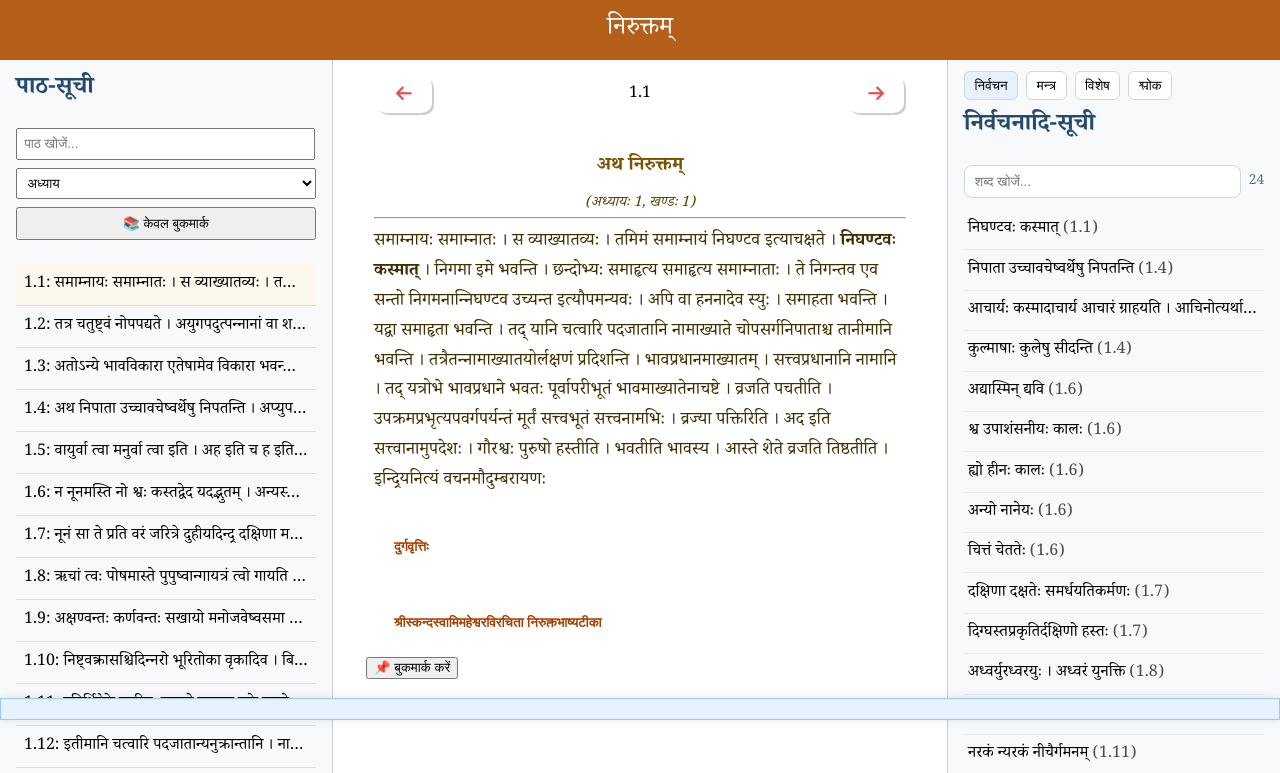
Repository: sanskritsphere/Niruktam
Page: index.html
An editor plug-in stored every save of this project. The page is shown before and after the next save, followed by the edit.
The browser window is 1280 px wide. The pictures show the whole page.
Some web fonts or font styles are not loaded; a fallback is used.

Above is the page before, as saved 2025-12-04 09:41:23.

### index.html
<!DOCTYPE html>
<html lang="sa">
<head>
  <meta charset="UTF-8">
  <meta name="viewport" content="width=device-width, initial-scale=1.0">
  <title>निरुक्तम्(1.1)</title>
  <link rel="stylesheet" type="text/css" href="style.css">
  <link rel="stylesheet" href="https://cdnjs.cloudflare.com/ajax/libs/font-awesome/6.5.0/css/all.min.css">
  <link href="https://fonts.googleapis.com/css2?family=Noto+Serif+Devanagari&family=Mukta&family=Tiro+Devanagari+Sanskrit&display=swap" rel="stylesheet">
  </head>
<body>
  <div class="loader" id="loader"></div>
  <div id="header">
    <span>निरुक्तम्</span>
  </div>
  <button class="menu-toggle" onclick="toggleSidebar()">☰</button>

  <aside id="sidebar">
    <h2>पाठ-सूची</h2>
    <input id="searchInput" oninput="leftSearch()" type="text" placeholder="पाठ खोजें...">
    <select id="filterAdhyay" name="selector"><option value=""></option></select>
    <button id="filterBookmarked">📚 केवल बुकमार्क</button>
       <ul id="sutraList"></ul>
  </aside>


  <div id="tipsBox"></div>
  <main onclick="toggleSidebar(true)">
    <div id="sutraContent"></div>
  </main>

   <aside id="markSidebar">
  <h2>निर्वचनादि-सूची</h2>

  <div class="markSearch">
    <input id="markSearchInput" type="search" placeholder="शब्द खोजें..." />
    <span id="markSearchCount"></span>
  </div>

  <ul id="markList"></ul>
</aside>


 <script src="script.js" defer></script>
</body>
</html>

### script.js
// =============== STATE ===============
let data = [];
let currentIndex = 0;
let listElements = [];

const TAGS = [
  { key: 'b', label: 'निर्वचन' },  // b(.*?)b
  { key: 'm', label: 'मन्त्र' },   // m(.*?)m
  { key: 'v', label: 'विशेष' },
  { key: 's', label: 'श्लोक'}     // v(.*?)v
];

const termsByTag = {};               // { b:[], m:[], v:[] }
TAGS.forEach(t => termsByTag[t.key] = []);

const bookmarked = new Set();
const doubts = JSON.parse(localStorage.getItem('doubts') || '[]');

const markState = { query: "", activeTag: 'b' };  // right sidebar
const leftSearchState = { q: "" };                // left sidebar search

// सिर्फ left-labels के लिए b...b unwrap (list label generate करते समय)
const MARK_RE_B = /b(.*?)b/g;


// =============== HELPERS ===============
function normalizeNFC(s){ return (s || "").normalize("NFC"); }

function escapeHTML(s=""){
  return s.replace(/[&<>"']/g, c => ({
    '&':'&amp;','<':'&lt;','>':'&gt;','"':'&quot;',"'":'&#39;'
  }[c]));
}

function highlightLabel(label="", q=""){
  label = normalizeNFC(label);
  q = normalizeNFC(q);
  const safe = escapeHTML(label);
  if(!q) return safe;
  const re = new RegExp(q.replace(/[.*+?^${}()|[\]\\]/g, '\\$&'), 'gi');
  return safe.replace(re, m => `<span class="mark">${m}</span>`);
}

function debounce(fn, wait = 200){
  let t;
  return (...args) => { clearTimeout(t); t = setTimeout(() => fn(...args), wait); };
}

function highlightDoubts(text, doubtTexts) {
  if (!text) return '';
  let out = text;
  doubtTexts.forEach(doubt => {
    const q = normalizeNFC(doubt);
    if (!q) return;
    const re = new RegExp(`(${q.replace(/[.*+?^${}()|[\]\\]/g, '\\$&')})`, 'g');
    out = out.replace(re, '<span class="doubt-highlight">$1</span>');
  });
  return out;
}

/* ========= main content temporary highlight after click ========= */
function flashSearchInMain(query, duration = 1600){
  query = (query || "").trim();
  if (!query) return;
  const container = document.getElementById('sutraContent');
  if (!container) return;

  const qN = normalizeNFC(query).toLowerCase();

  // remove previous flashes
  container.querySelectorAll('.main-flash').forEach(span => {
    const text = document.createTextNode(span.textContent);
    const p = span.parentNode;
    if (p) p.replaceChild(text, span);
  });

  // walk text nodes and wrap matches
  const walker = document.createTreeWalker(container, NodeFilter.SHOW_TEXT, null);
  let node, firstSpan = null;

  const wrapMatchesInNode = (textNode) => {
    const original = textNode.nodeValue;
    const origN = normalizeNFC(original);
    const hay = origN.toLowerCase();

    let start = 0, idx = hay.indexOf(qN, start);
    if (idx === -1) return;

    const parent = textNode.parentNode;
    const frag = document.createDocumentFragment();
    let pos = 0;

    while (idx !== -1) {
      const absStart = idx;
      const absEnd = idx + qN.length;

      const before = original.slice(pos, absStart);
      const match  = original.slice(absStart, absEnd);

      if (before) frag.appendChild(document.createTextNode(before));

      const span = document.createElement('span');
      span.className = 'main-flash';
      span.textContent = match;
      frag.appendChild(span);
      if (!firstSpan) firstSpan = span;

      pos = absEnd;
      start = absEnd;
      idx = hay.indexOf(qN, start);
    }
    const after = original.slice(pos);
    if (after) frag.appendChild(document.createTextNode(after));

    parent.replaceChild(frag, textNode);
  };

  while ((node = walker.nextNode())) {
    if (!node.parentElement) continue;
    const tag = node.parentElement.tagName;
    if (tag === 'SCRIPT' || tag === 'STYLE') continue;
    wrapMatchesInNode(node);
  }

  if (firstSpan) {
    firstSpan.scrollIntoView({ behavior: 'smooth', block: 'center' });
  }

  setTimeout(() => {
    container.querySelectorAll('.main-flash').forEach(span => {
      const text = document.createTextNode(span.textContent);
      const p = span.parentNode;
      if (p) p.replaceChild(text, span);
    });
  }, duration);
}
/* ========= /flash ========= */

/* ========= SINGLE-PASS tag collector: b/m/v/... =========
   किसी एक replace से सारे tags पकड़ो ताकि HTML inject होने के बाद regex न बिगड़े  */
function processAllTags(str, sutraIdx, field){
  let src = str || '';
  if (!src) return { html: '' };

  const keys = TAGS.map(t => t.key);                   // ['b','m','v',...]
  const re = new RegExp(`(${keys.join("|")})([\\s\\S]*?)\\1`, "g"); // (b|m|v) ... \1

  const counters = Object.fromEntries(keys.map(k => [k, 0]));

  const html = src.replace(re, (m, tagKey, inner) => {
    const i = counters[tagKey]++;
    const id = `mark-${tagKey}-${sutraIdx}-${field}-${i}`;
    const label = (inner || '').trim();

    // collect strictly into active tag bucket
    termsByTag[tagKey].push({ id, label, sutraIdx, field, tag: tagKey });

    // visible anchor (escape to avoid leaking tags)
    return `<span class="mark-anchor tag-${tagKey}" id="${id}"><b>${escapeHTML(label)}</b></span>`;
  });

  return { html };
}


// =============== RENDER: MAIN PANEL ===============
function renderSutra(index) {
  const sutra = data[index];
  if (!sutra) return;

  const doubtTexts = doubts.filter(d => d.index === sutra.index).map(d => d.text);
  const container = document.getElementById('sutraContent');
  if (!container) return;

  container.innerHTML = `
    <div class="sutra">
      <div class="sutra-btn">
        <button onclick="navigate(-1)"><i class="fas fa-arrow-left"></i></button>
        <p>${sutra.index}</p>
        <button onclick="navigate(1)"><i class="fas fa-arrow-right"></i></button>
      </div>

      <div class="section"><strong>अथ निरुक्तम्</strong>
        <div class="meta">(अध्यायः ${sutra.adhyay}, खण्डः ${sutra.khand})</div><hr>
        ${highlightDoubts(sutra.text, doubtTexts)}
      </div>

      <div class="section">
        <button class="toggle-btn" onclick="toggleExclusive('durg')">दुर्गवृत्तिः</button>
        <div id="durg" class="toggle-content"><hr>${highlightDoubts(sutra.durg, doubtTexts)}</div>
      </div>
      <div class="section">
        <button class="toggle-btn" onclick="toggleExclusive('skand')">श्रीस्कन्दस्वामिमहेश्वरविरचिता निरुक्तभाष्यटीका</button>
        <div id="skand" class="toggle-content"><hr>${highlightDoubts(sutra.skand, doubtTexts)}</div>
      </div>
      <button class="add-remove-bookmark" onclick="toggleBookmark(${index})">
        ${bookmarked.has(index) ? '🔖 बुकमार्क हटाएं' : '📌 बुकमार्क करें'}
      </button>
      <br><br><br><br>
    </div>
  `;

  listElements.forEach((el, i) => {
    el.classList.toggle('active', i === index);
    if (i === index) document.title = `นिरुक्त_(${sutra.index})`;
  });
}


// =============== LEFT LIST (always from plain) ===============
function populateSidebar() {
  const ul = document.getElementById('sutraList');
  if (!ul) return;

  ul.innerHTML = '';
  listElements = [];

  data.forEach((sutra, index) => {
    const base = `${sutra.index}: ${sutra.text_plain || ""}`.trim();
    const title = base;
    const label = base;

    const li = document.createElement('li');
    li.textContent = label;          // plain
    li.title = title;
    li.dataset.baseLabel = label;    // restore के लिए

    li.onclick = (e) => {
      e.stopPropagation();
      currentIndex = index;
      renderSutra(index);
      if (leftSearchState.q && leftSearchState.q.trim()) {
        setTimeout(() => flashSearchInMain(leftSearchState.q), 60);
      }
      toggleSidebar(true);
    };

    listElements.push(li);
    ul.appendChild(li);
  });
}

// master renderer: left search + adhyay + bookmark
function applyFilters() {
  const ul = document.getElementById('sutraList');
  if (!ul) return;

  const adhyayEl = document.getElementById('filterAdhyay');
  const bookmarkedBtn = document.getElementById('filterBookmarked');

  const adhyay = adhyayEl ? adhyayEl.value : "";
  const showBookmarked = bookmarkedBtn ? bookmarkedBtn.classList.contains('active') : false;

  const q = normalizeNFC((leftSearchState.q || "").toLowerCase());

  ul.innerHTML = '';

  listElements.forEach((li, i) => {
    const s = data[i];
    const passAdhyay   = (!adhyay || s.adhyay == adhyay);
    const passBookmark = (!showBookmarked || bookmarked.has(i));
    const passSearch   = (!q || (s._search || "").includes(q));

    if (passAdhyay && passBookmark && passSearch) {
      ul.appendChild(li);
    }
  });
}


// =============== RIGHT SIDEBAR (tabs + list) ===============
function buildMarkTabs(){
  const sidebar = document.getElementById('markSidebar');
  if (!sidebar) return;

  let tabs = document.getElementById('markTabs');
  if (!tabs){
    tabs = document.createElement('div');
    tabs.id = 'markTabs';
    tabs.style.display = 'flex';
    tabs.style.gap = '.5rem';
    tabs.style.marginBottom = '.5rem';
    tabs.style.flexWrap = 'wrap';
    const h2 = sidebar.querySelector('h2');
    if (h2 && h2.parentNode) h2.parentNode.insertBefore(tabs, h2);
    else sidebar.insertBefore(tabs, sidebar.firstChild);
  }

  tabs.innerHTML = '';
  TAGS.forEach(tag => {
    const btn = document.createElement('button');
    btn.className = 'mark-tab-btn';
    btn.textContent = tag.label;
    btn.dataset.tag = tag.key;
    btn.style.padding = '.35rem .6rem';
    btn.style.border = '1px solid #cfd6de';
    btn.style.borderRadius = '6px';
    btn.style.background = (markState.activeTag === tag.key) ? '#e8f0fe' : '#fff';
    btn.style.cursor = 'pointer';
    btn.setAttribute('aria-selected', markState.activeTag === tag.key ? 'true' : 'false');
    btn.onclick = () => {
      markState.activeTag = tag.key;
      buildMarkTabs();     // active style refresh
      renderMarkSidebar(); // list refresh
    };
    tabs.appendChild(btn);
  });
}

function renderMarkSidebar() {
  const ul = document.getElementById('markList');
  const countEl = document.getElementById('markSearchCount');
  if (!ul) return;

  const active = markState.activeTag || 'b';
  const source = termsByTag[active] || [];

  const q = normalizeNFC((markState.query || "").toLowerCase().trim());
  const filtered = q
    ? source.filter(t => normalizeNFC(t.label).toLowerCase().includes(q))
    : source;

  ul.innerHTML = '';

  filtered.forEach((t) => {
    const li = document.createElement('li');
    const idx = data[t.sutraIdx]?.index || '';
    li.innerHTML = `${highlightLabel(t.label, q)} <span style="opacity:.7">(${idx})</span>`;
    li.title = `${t.label} — सूक्त ${idx}`;
    li.onclick = (e) => {
      e.stopPropagation();
      currentIndex = t.sutraIdx;
      renderSutra(currentIndex);
      if (markState.query && markState.query.trim()) {
        setTimeout(() => flashSearchInMain(markState.query), 60);
      }
      setTimeout(() => {
        const el = document.getElementById(t.id);
        if (el) {
          el.classList.add('flash');
          el.scrollIntoView({ behavior: 'smooth', block: 'center' });
          setTimeout(() => el.classList.remove('flash'), 1500);
        }
      }, 50);
    };
    ul.appendChild(li);
  });

  if (countEl) countEl.textContent = String(filtered.length || 0);
}


// =============== FILTERS / NAV / TOGGLES ===============
function updateFilters() {
  const adhyaySet = new Set();
  data.forEach(s => adhyaySet.add(s.adhyay));
  const sel = document.getElementById('filterAdhyay');
  if (!sel) return;
  sel.innerHTML = '<option value="">अध्याय</option>' + [...adhyaySet].map(a => `<option>${a}</option>`).join('');
}

function navigate(offset) {
  const newIndex = currentIndex + offset;
  if (newIndex >= 0 && newIndex < data.length) {
    currentIndex = newIndex;
    renderSutra(currentIndex);
  }
}

function toggleBookmark(index) {
  bookmarked.has(index) ? bookmarked.delete(index) : bookmarked.add(index);
  renderSutra(index);
  applyFilters();
}

function toggleSidebar(forceClose = null) {
  const aside = document.getElementById('sidebar');
  if (!aside) return;
  if (forceClose === true) aside.classList.remove('open');
  else if (forceClose === false) aside.classList.add('open');
  else aside.classList.toggle('open');
}

function toggleExclusive(idToShow) {
  ['durg', 'skand'].forEach(id => {
    const el = document.getElementById(id);
    if (!el) return;
    el.style.display = id === idToShow && el.style.display !== 'block' ? 'block' : 'none';
  });
}


// =============== UI WIRING (bind after DOMContentLoaded) ===============
function wireUI(){

  // LEFT sidebar search input (always from plain dataset)
  const input = document.getElementById("searchInput");
  if (input){
    input.addEventListener('input', function() {
      leftSearchState.q = input.value || "";

      const filter = input.value.normalize("NFC").toUpperCase();
      const ul = document.getElementById("sutraList");
      const li = ul.getElementsByTagName("li");

      for (let i = 0; i < li.length; i++) {
        const base = (li[i].dataset.baseLabel || li[i].textContent || "").normalize("NFC");
        const idx = base.toUpperCase().indexOf(filter);

        if (idx > -1) {
          li[i].style.display = "";
          const before = base.slice(0, idx);
          const middle = base.slice(idx, idx + filter.length);
          const after  = base.slice(idx + filter.length);
          li[i].innerHTML = `${before}<span class="chihnit">${middle}</span>${after}`;
        } else {
          li[i].style.display = "none";
          li[i].textContent = base; // restore plain
        }
      }
    });
  }

  // Filters wiring
  const adhyaySelect = document.getElementById('filterAdhyay');
  if (adhyaySelect) adhyaySelect.onchange = applyFilters;

  const bookmarkedBtnEl = document.getElementById('filterBookmarked');
  if (bookmarkedBtnEl){
    bookmarkedBtnEl.onclick = function () {
      this.classList.toggle('active');
      applyFilters();
    };
  }

  // RIGHT sidebar search input
  const markSearchInput = document.getElementById('markSearchInput');
  if (markSearchInput){
    markState.query = ""; // init
    markSearchInput.addEventListener('input', debounce(e => {
      markState.query = e.target.value || "";
      renderMarkSidebar();
    }, 150));
  }

  // Build right tabs initially
  buildMarkTabs();
}


// =============== FETCH + PROCESS ===============
document.addEventListener('DOMContentLoaded', () => {
  wireUI();  // DOM ready

  fetch("data.json")
    .then(res => res.json())
    .then(json => {
      // reset buckets each load
      TAGS.forEach(t => { termsByTag[t.key] = []; });

      data = json.niruktam.map((item, i) => {
        // Plain versions for LEFT labels/search (strip all tags + unwrap b/m/v)
        const rawText  = item.text  || "";
        const rawDurg  = item.durg  || "";
        const rawSkand = item.skand || "";

        const stripAll = s => (s || "")
          .replace(/<[^>]*>/g, "")
          .replace(/b(.*?)b/g, (_, p1)=> (p1||"").trim())
          .replace(/m(.*?)m/g, (_, p1)=> (p1||"").trim())
          .replace(/v(.*?)v/g, (_, p1)=> (p1||"").trim());

        const text_plain  = stripAll(rawText);
        const durg_plain  = stripAll(rawDurg);
        const skand_plain = stripAll(rawSkand);

        // Left search key from plain text
        const searchKey = normalizeNFC((item.index + ': ' + text_plain)).toLowerCase();

        // Main HTML with anchors for ALL configured tags (single-pass)
        const pText  = processAllTags(item.text,  i, 'text');
        const pDurg  = processAllTags(item.durg,  i, 'durg');
        const pSkand = processAllTags(item.skand, i, 'skand');

        return {
          ...item,
          text:  pText.html,
          durg:  pDurg.html,
          skand: pSkand.html,
          text_plain,
          durg_plain,
          skand_plain,
          _search: searchKey
        };
      });

      // Left list + filters
      populateSidebar();
      updateFilters();
      applyFilters();

      // Main + Right side
      renderSutra(currentIndex);
      renderMarkSidebar();

      const loader = document.getElementById('loader');
      if (loader) loader.style.display = 'none';
    })
    .catch(err => {
      const cont = document.getElementById('sutraContent');
      if (cont) cont.innerText = 'Error loading data: ' + err.message;
      const loader = document.getElementById('loader');
      if (loader) loader.style.display = 'none';
    });
});

Loaded but not shown: data.json (4815 lines, source omitted); style.css (303 lines, source omitted)

After the next save:
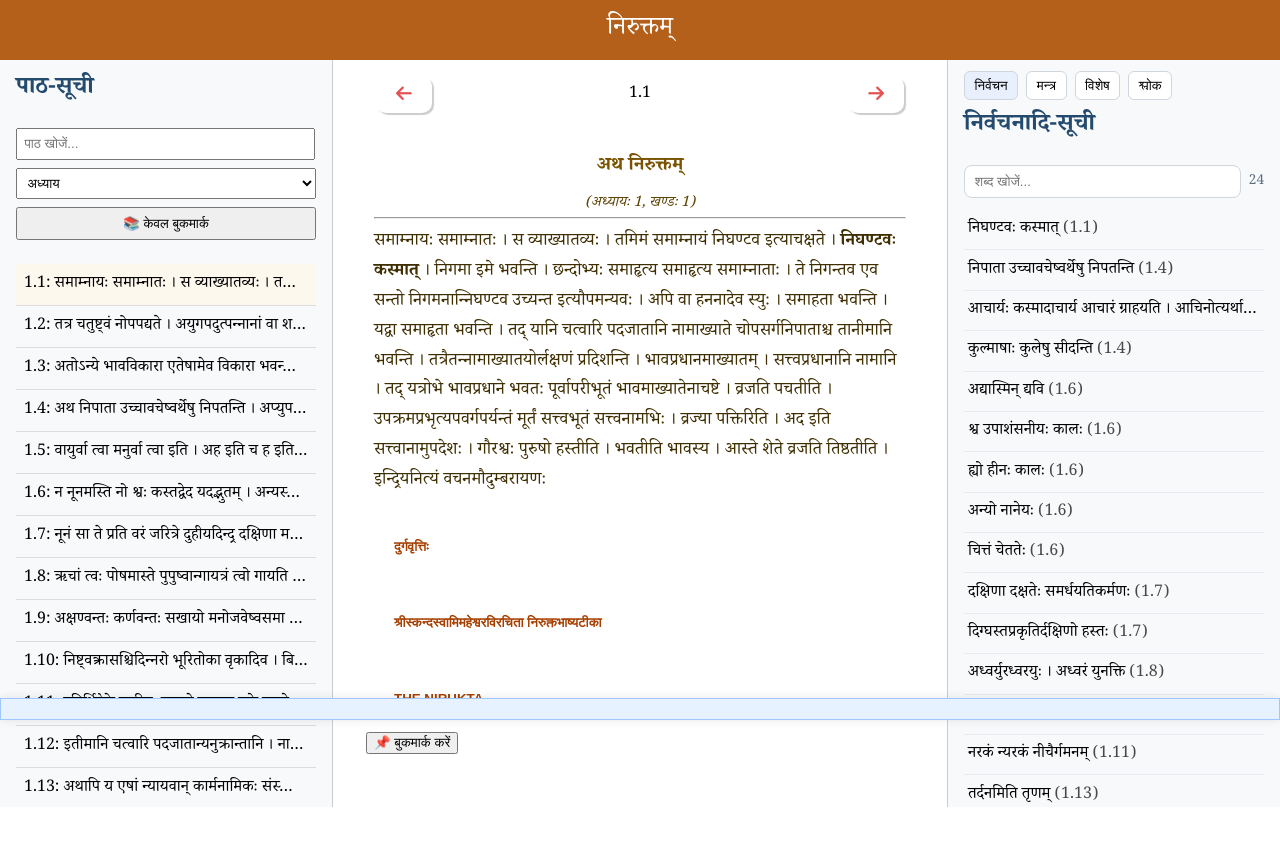
Saved 102 s later.
--- a/script.js
+++ b/script.js
@@ -191,6 +191,10 @@ function renderSutra(index) {
       </div>
       <div class="section">
         <button class="toggle-btn" onclick="toggleExclusive('skand')">श्रीस्कन्दस्वामिमहेश्वरविरचिता निरुक्तभाष्यटीका</button>
+        <div id="skand" class="toggle-content"><hr>${highlightDoubts(sutra.skand, doubtTexts)}</div>
+      </div>
+       <div class="section">
+        <button class="toggle-btn" onclick="toggleExclusive('skand')">THE NIRUKTA</button>
         <div id="skand" class="toggle-content"><hr>${highlightDoubts(sutra.skand, doubtTexts)}</div>
       </div>
       <button class="add-remove-bookmark" onclick="toggleBookmark(${index})">
